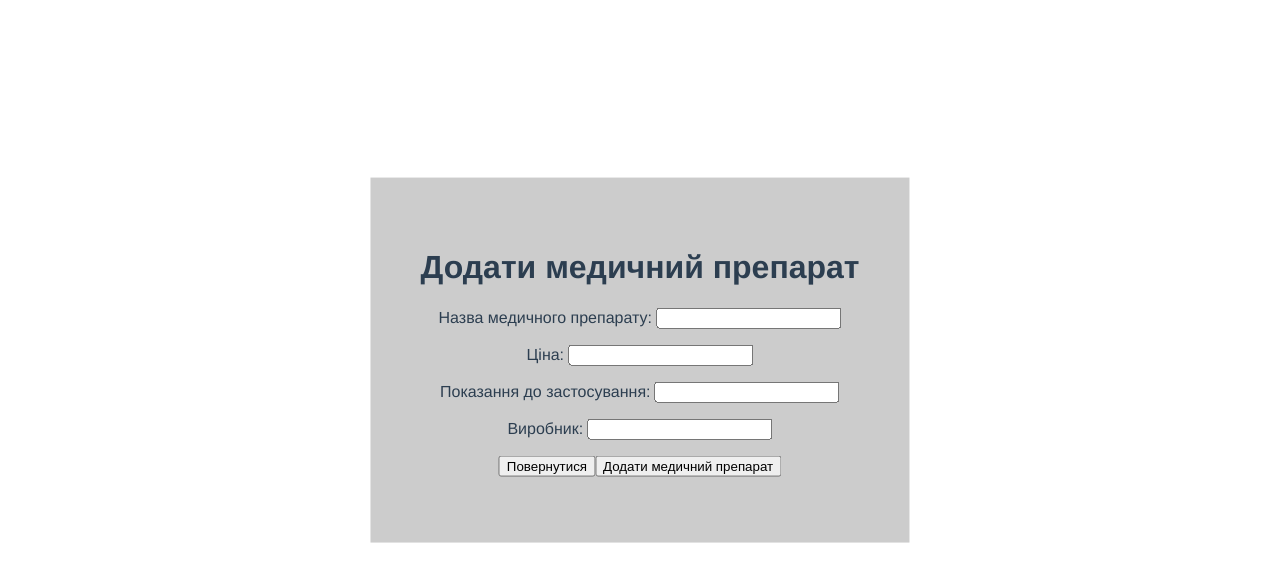
Repository: kristinap8/pharmacy
Page: /add_medicine
The author's editor kept a copy of each file at every save. The page is drawn from the files as they stood at one save, then again after the next save.
The browser window is 1280 px wide. The pictures show the whole page.
The project was rebuilt for these pictures with package versions that can differ from the ones it lists, and the page was loaded fresh each time. Also part of the build but not shown: src/components/EditMedicineForm/index.vue, src/pages/EditMedicine/index.vue, src/components/MedicinesList/MedicineCard/index.vue, src/components/MedicinesList/index.vue, src/pages/AllMedicines/index.vue, src/components/CartForm/index.vue, src/pages/Cart/index.vue.

Above is the page before, as saved 2020-12-09 23:43:50.

After the next save:
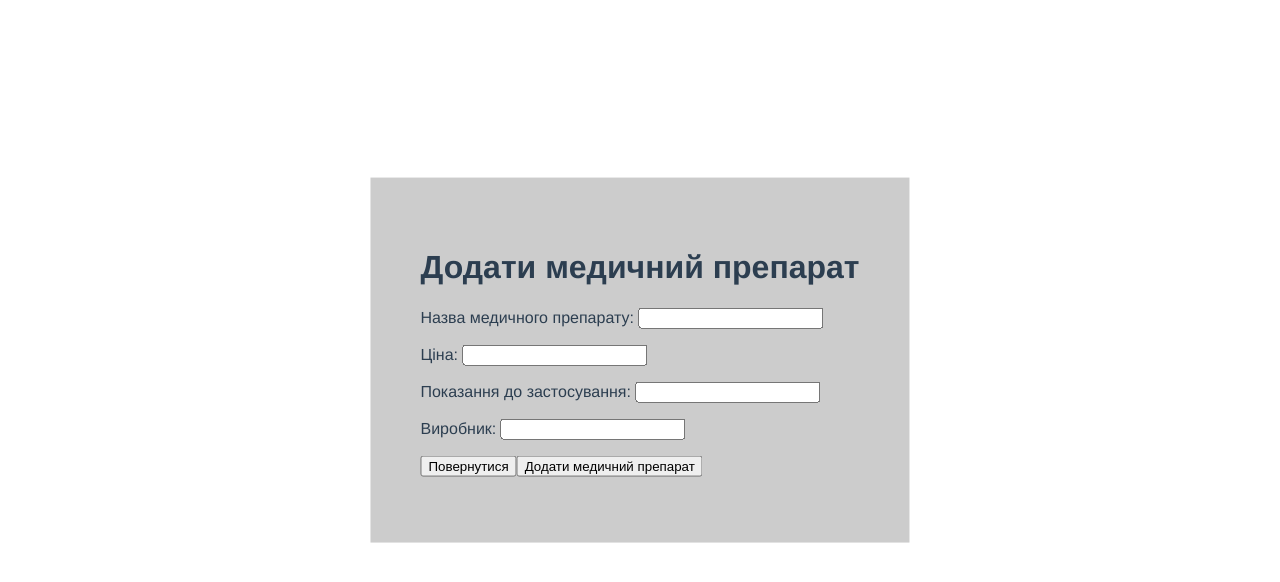
Saved 22 s later.
--- a/src/components/AddMedicineForm/index.vue
+++ b/src/components/AddMedicineForm/index.vue
@@ -65,14 +65,13 @@ import { mapActions } from 'vuex'
 
 <style lang="scss" scoped>
 .form{
-    text-align: center;
     padding: 50px;
     background: #ccc;
     position: fixed;
     top: 50%; left: 50%;
     -webkit-transform: translate(-50%, -50%);
-  -ms-transform: translate(-50%, -50%);
-  transform: translate(-50%, -50%);
+    -ms-transform: translate(-50%, -50%);
+    transform: translate(-50%, -50%);
 
 }
 
